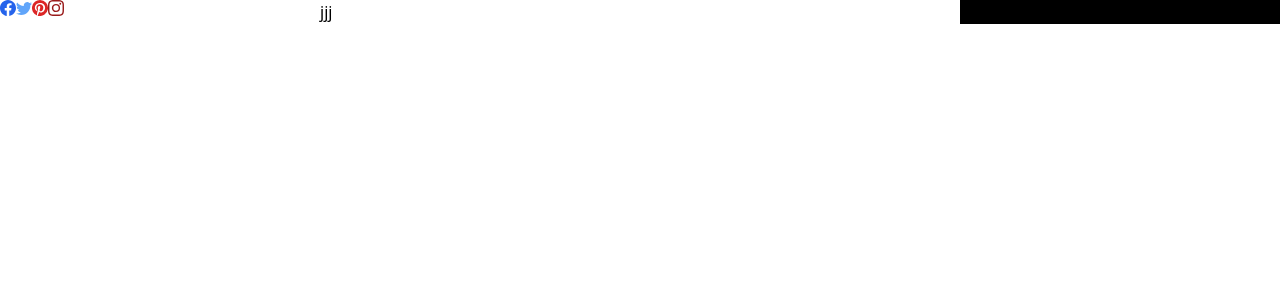
Repository: tentaciones/catMemeGenerator
Page: /
An editor plug-in stored every save of this project. The page is shown before and after the next save, followed by the edit.
The browser window is 1280 px wide. The pictures show the whole page.
The project was rebuilt for these pictures with package versions that can differ from the ones it lists, and the page was loaded fresh each time.

Above is the page before, as saved 2022-07-07 13:44:24.

### src/App.js
import { Navbar } from "./components";
function App() {
  return (
    <div className="">
      <Navbar />
    </div>
  );
}

export default App;

### src/components/Navbar.jsx
import React from "react";
import {
  BsFacebook,
  BsTwitter,
  BsPinterest,
  BsInstagram,
} from "react-icons/bs";
const Navbar = () => {
  return (
    <nav>
      <div className="flex">
        <div className="w-1/4 flex">
          <BsFacebook className="text-blue-600" />
          <BsTwitter className="text-blue-400" />
          <BsPinterest className="text-red-600" />
          <BsInstagram className="text-red-800" />
        </div>
        <div className="w-2/4">jjj</div>
        <div className="bg-black w-1/4">hhh</div>
      </div>
    </nav>
  );
};

export default Navbar;

Loaded but not shown: public/index.html (common file); src/index.js (common file); src/index.css (common file); src/reportWebVitals.js (common file); src/components/index.js (common file); tailwind.config.js (common file)

After the next save:
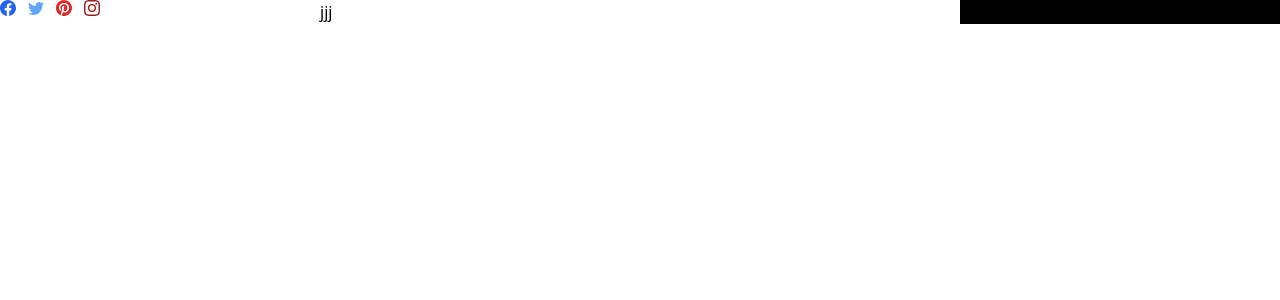
Saved 10 s later.
--- a/src/components/Navbar.jsx
+++ b/src/components/Navbar.jsx
@@ -9,7 +9,7 @@
   return (
     <nav>
       <div className="flex">
-        <div className="w-1/4 flex">
+        <div className="w-1/4 flex space-x-3">
           <BsFacebook className="text-blue-600" />
           <BsTwitter className="text-blue-400" />
           <BsPinterest className="text-red-600" />
